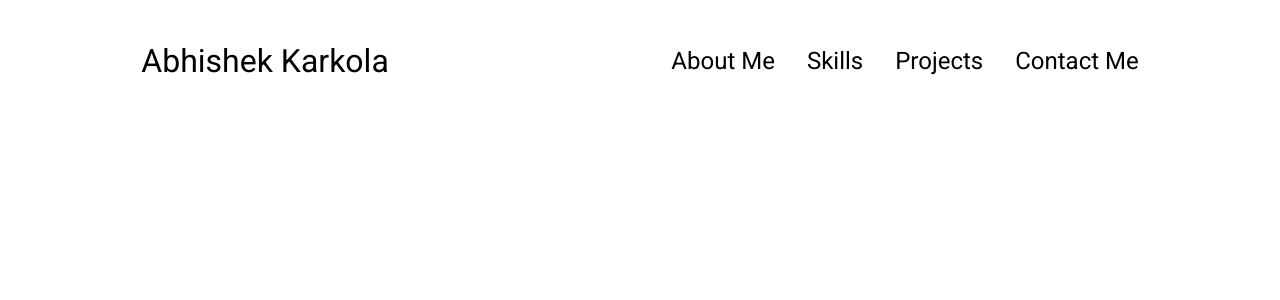
Repository: APersonalVoyage/APersonalVoyage.github.io
Page: index.html
These files come from the project's save history. The page is drawn as it stood at one moment and after the next save; the edit follows.
The browser window is 1280 px wide. The pictures show the whole page.

Above is the page before, as saved 2023-08-23 17:50:16.

### index.html
<!DOCTYPE html>
<html lang="en">
<head>
    <meta charset="UTF-8">
    <meta name="viewport" content="width=device-width, initial-scale=1.0">
    <title>My Portfolio</title>
    <link rel="stylesheet" href="style.css">
</head>
<body>
    <nav id="desktop-nav">
        <div class= "logo">Abhishek Karkola</div>
        <div>
            <u1 class="nav-links">
                <li><a href="#about">About Me</a></li>
                <li><a href="#skills">Skills</a></li>
                <li><a href="#projects">Projects</a></li>
                <li><a href="#contact">Contact Me</a></li>
            </u1>
        </div>
    </nav>
    <nav id="hamburger-nav">
        <div class= "logo">Abhishek Karkola</div>
        <div class="hamburger-menu">
            <div class = "hamburger-icon" onclick="toggleMenu()">
                <span></span>
                <span></span>
                <span></span>
            </div>
            <div class = "menu-links">
                    <li><a href="#about" onclick="toggleMenu()">About Me</a></li>
                    <li><a href="#skills" onclick="toggleMenu()">Skills</a></li>
                    <li><a href="#projects" onclick="toggleMenu()">Projects</a></li>
                    <li><a href="#contact" onclick="toggleMenu()">Contact Me</a></li>
            </div>
        </div>
    </nav>
    <script src="script.js"></script>
  </body>
</html>

### style.css
/* GENERAL TAGS */

@import url('https://fonts.googleapis.com/css?family=Roboto:400,700');

* {
  margin: 0;
  padding: 0;
  box-sizing: border-box;
}

body {
    font-family: 'Roboto', sans-serif;
}

html{
    scroll-behavior: smooth;
}

p{
    color: rgb(85, 85, 85);
}

/* Transition */

a,
.btn{
    transition: all 0.3s ease;
}

/* Desktop Navigation */

nav,
.nav-links{
    display: flex;
    justify-content: space-around;
    align-items: center;
    height: 17vh;
}


.nav-links li{
    list-style: none;
    font-size: 1.5rem;
}

.nav-links {
    gap : 2rem;
}

a{
    color: black;
    text-decoration: none;
    text-decoration-color: white;
}

a:hover{
    color: grey;
    text-decoration: underline;
    text-underline-offset: 1rem;
    text-decoration-color: rgb(181, 181, 181);
}

.logo{
    font-size: 2rem;
}

.logo:hover{
    cursor:default;
}

/*HamBurger Menu*/

#hamburger-nav {
    display: none;
  }

  .hamburger-menu {
    position: relative;
    display: inline-block;
  }

  .hamburger-icon {
    display: flex;
    flex-direction: column;
    justify-content: space-between;
    height: 24px;
    width: 30px;
    cursor: pointer;
  }

  .hamburger-icon span {
    width: 100%;
    height: 2px;
    background-color: black;
    transition: all 0.3 ease-in-out;
  }

  .menu-links {
    position: absolute;
    top: 100%;
    right: 0;
    background-color: white;
    width: fit-content;
    max-height: 0;
    overflow: hidden;
    transition: all 0.3 ease-in-out;
  }

  .menu-links a {
    display: block;
    padding: 10px;
    text-align: center;
    font-size: 1.5rem;
    color: black;
    text-decoration: none;
    transition: all 0.3 ease-in-out;
  }

### mediaqueries.css


  @media screen and (max-width: 1200px) {
    #desktop-nav {
      display: none;
    }
    #hamburger-nav {
      display: flex;
    }
}

Loaded but not shown: script.js (no copy from this time; the picture is the same without it)

After the next save:
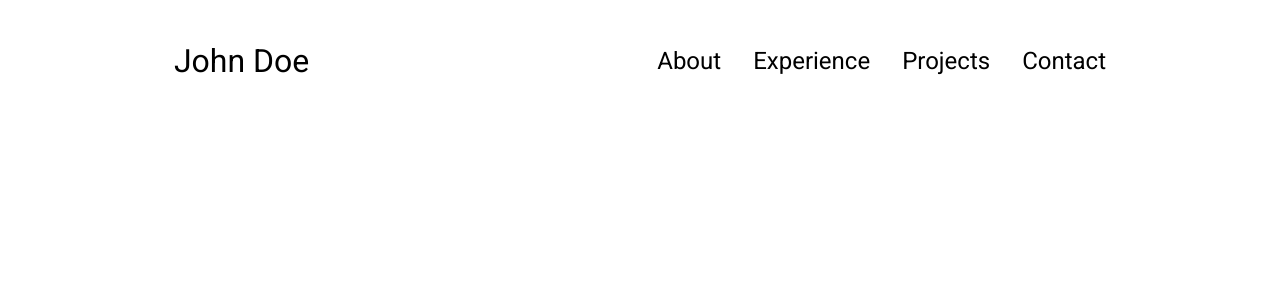
Saved 3 min 5 s later.
--- a/index.html
+++ b/index.html
@@ -1,38 +1,40 @@
 <!DOCTYPE html>
 <html lang="en">
-<head>
-    <meta charset="UTF-8">
-    <meta name="viewport" content="width=device-width, initial-scale=1.0">
+  <head>
+    <meta charset="UTF-8" />
+    <meta http-equiv="X-UA-Compatible" content="IE=edge" />
+    <meta name="viewport" content="width=device-width, initial-scale=1.0" />
     <title>My Portfolio</title>
-    <link rel="stylesheet" href="style.css">
-</head>
-<body>
+    <link rel="stylesheet" href="style.css" />
+    <link rel="stylesheet" href="mediaqueries.css" />
+  </head>
+  <body>
     <nav id="desktop-nav">
-        <div class= "logo">Abhishek Karkola</div>
-        <div>
-            <u1 class="nav-links">
-                <li><a href="#about">About Me</a></li>
-                <li><a href="#skills">Skills</a></li>
-                <li><a href="#projects">Projects</a></li>
-                <li><a href="#contact">Contact Me</a></li>
-            </u1>
-        </div>
+      <div class="logo">John Doe</div>
+      <div>
+        <ul class="nav-links">
+          <li><a href="#about">About</a></li>
+          <li><a href="#experience">Experience</a></li>
+          <li><a href="#projects">Projects</a></li>
+          <li><a href="#contact">Contact</a></li>
+        </ul>
+      </div>
     </nav>
     <nav id="hamburger-nav">
-        <div class= "logo">Abhishek Karkola</div>
-        <div class="hamburger-menu">
-            <div class = "hamburger-icon" onclick="toggleMenu()">
-                <span></span>
-                <span></span>
-                <span></span>
-            </div>
-            <div class = "menu-links">
-                    <li><a href="#about" onclick="toggleMenu()">About Me</a></li>
-                    <li><a href="#skills" onclick="toggleMenu()">Skills</a></li>
-                    <li><a href="#projects" onclick="toggleMenu()">Projects</a></li>
-                    <li><a href="#contact" onclick="toggleMenu()">Contact Me</a></li>
-            </div>
+      <div class="logo">John Doe</div>
+      <div class="hamburger-menu">
+        <div class="hamburger-icon" onclick="toggleMenu()">
+          <span></span>
+          <span></span>
+          <span></span>
         </div>
+        <div class="menu-links">
+          <li><a href="#about" onclick="toggleMenu()">About</a></li>
+          <li><a href="#experience" onclick="toggleMenu()">Experience</a></li>
+          <li><a href="#projects" onclick="toggleMenu()">Projects</a></li>
+          <li><a href="#contact" onclick="toggleMenu()">Contact</a></li>
+        </div>
+      </div>
     </nav>
     <script src="script.js"></script>
   </body>
